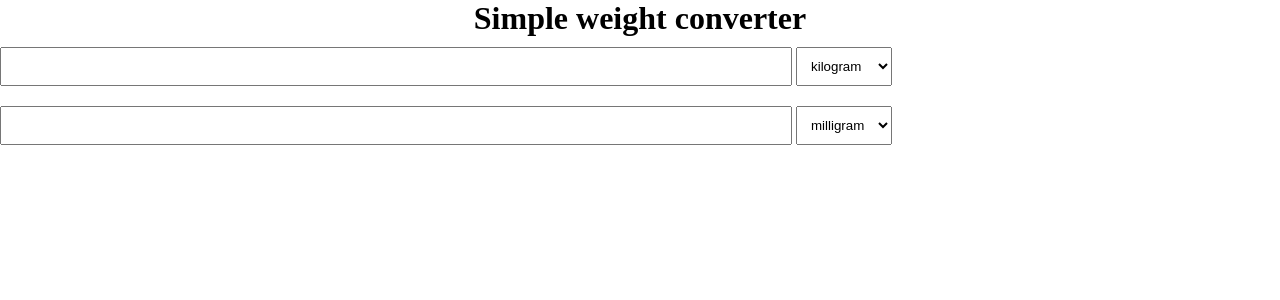
Repository: Eugene44-hub/weight-converter
Page: index.html
An editor plug-in stored every save of this project. The page is shown before and after a run of saves, followed by the edit.
The browser window is 1280 px wide. The pictures show the whole page.

Above is the page before, as saved 2021-09-20 04:43:46.

After the next 4 saves:
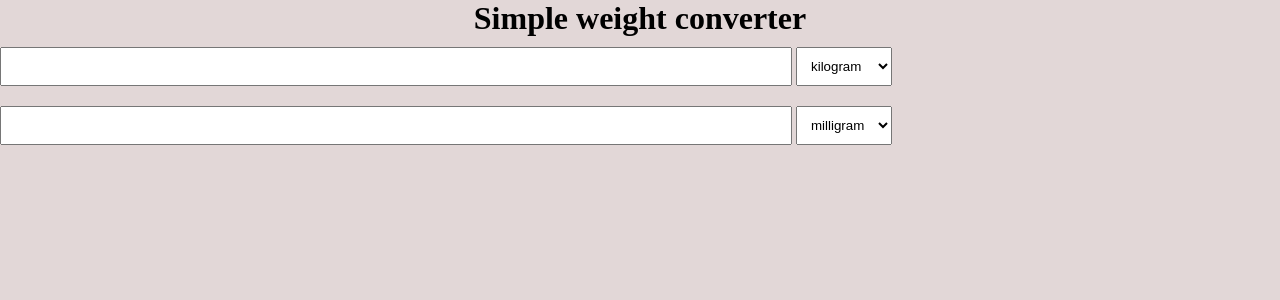
The 4 saves are shown as one change because they came seconds apart.
The last was saved 14 s later.
--- a/style.css
+++ b/style.css
@@ -4,7 +4,7 @@
 }
 
 body {
-    background-color: white;
+    background-color: rgb(226, 215, 215);
 }
 
 input {
